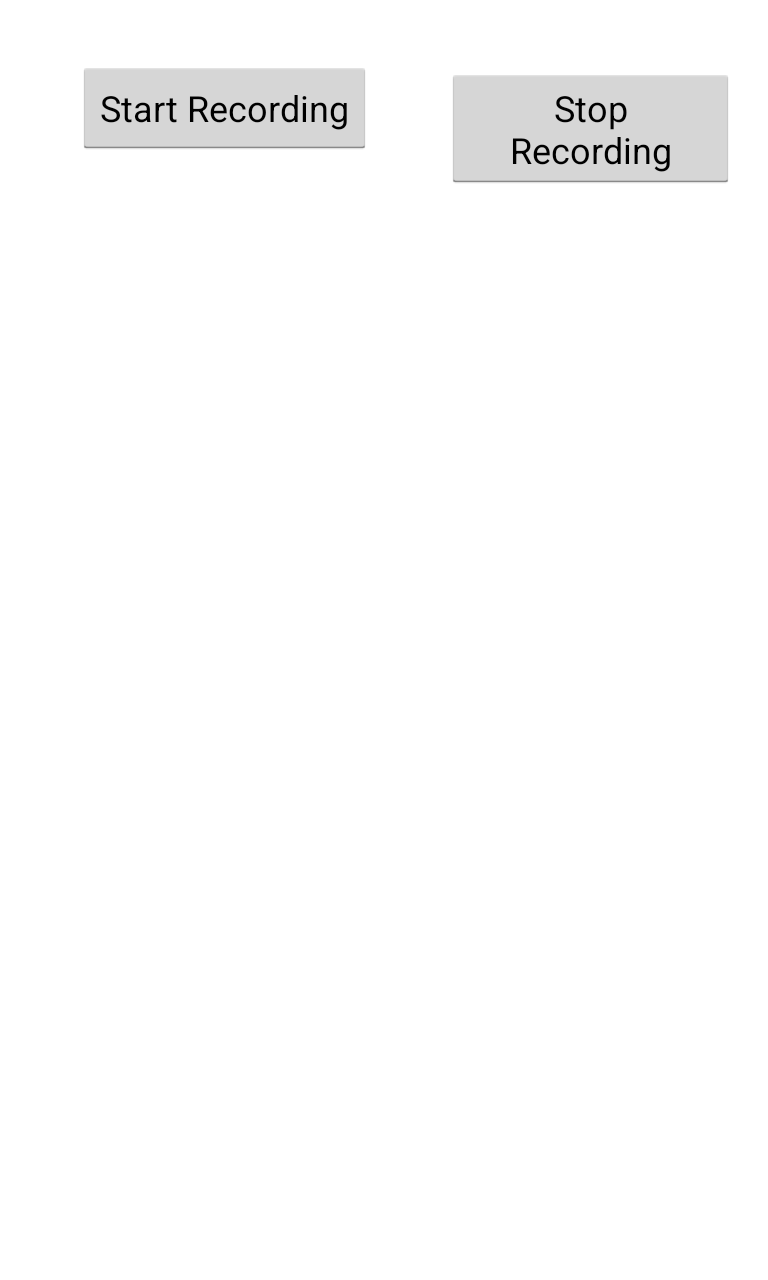
Repository: a20r/locaudio
Layout: app/Locabean/res/layout/activity_node.xml
The author's editor kept a copy of each file at every save. The layout is drawn from the files as they stood at one save, then again after the next save.
It is drawn on a 768 x 1280 px phone screen (xhdpi) without system bars, with theme AppTheme; the app's code is not run.

Above is the layout before, as saved 2014-01-18 17:20:45.

After the next save:
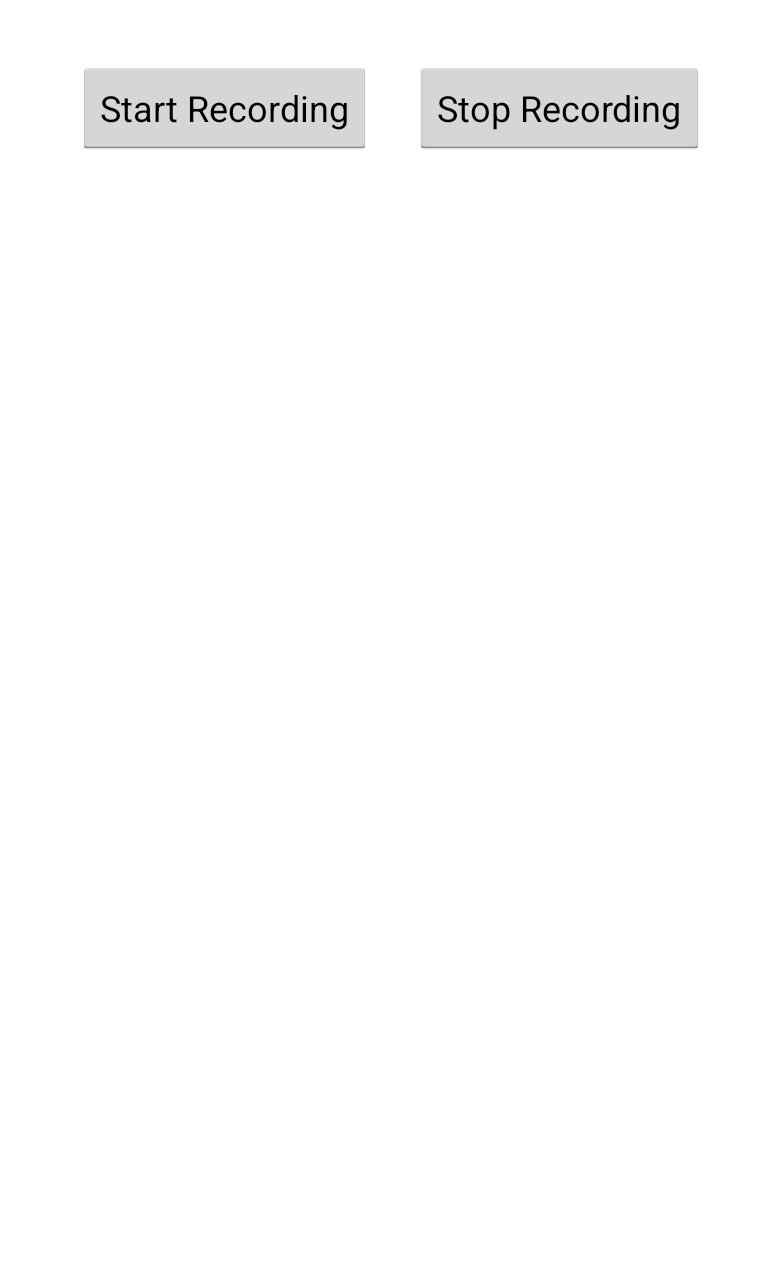
Saved 7 min 53 s later.
--- a/app/Locabean/res/layout/activity_node.xml
+++ b/app/Locabean/res/layout/activity_node.xml
@@ -22,9 +22,8 @@
         android:id="@+id/btnStop"
         android:layout_width="wrap_content"
         android:layout_height="wrap_content"
-        android:layout_alignBaseline="@+id/btnStart"
         android:layout_alignBottom="@+id/btnStart"
-        android:layout_marginLeft="36dp"
+        android:layout_marginLeft="20dp"
         android:layout_toRightOf="@+id/btnStart"
         android:text="Stop Recording" />
 
